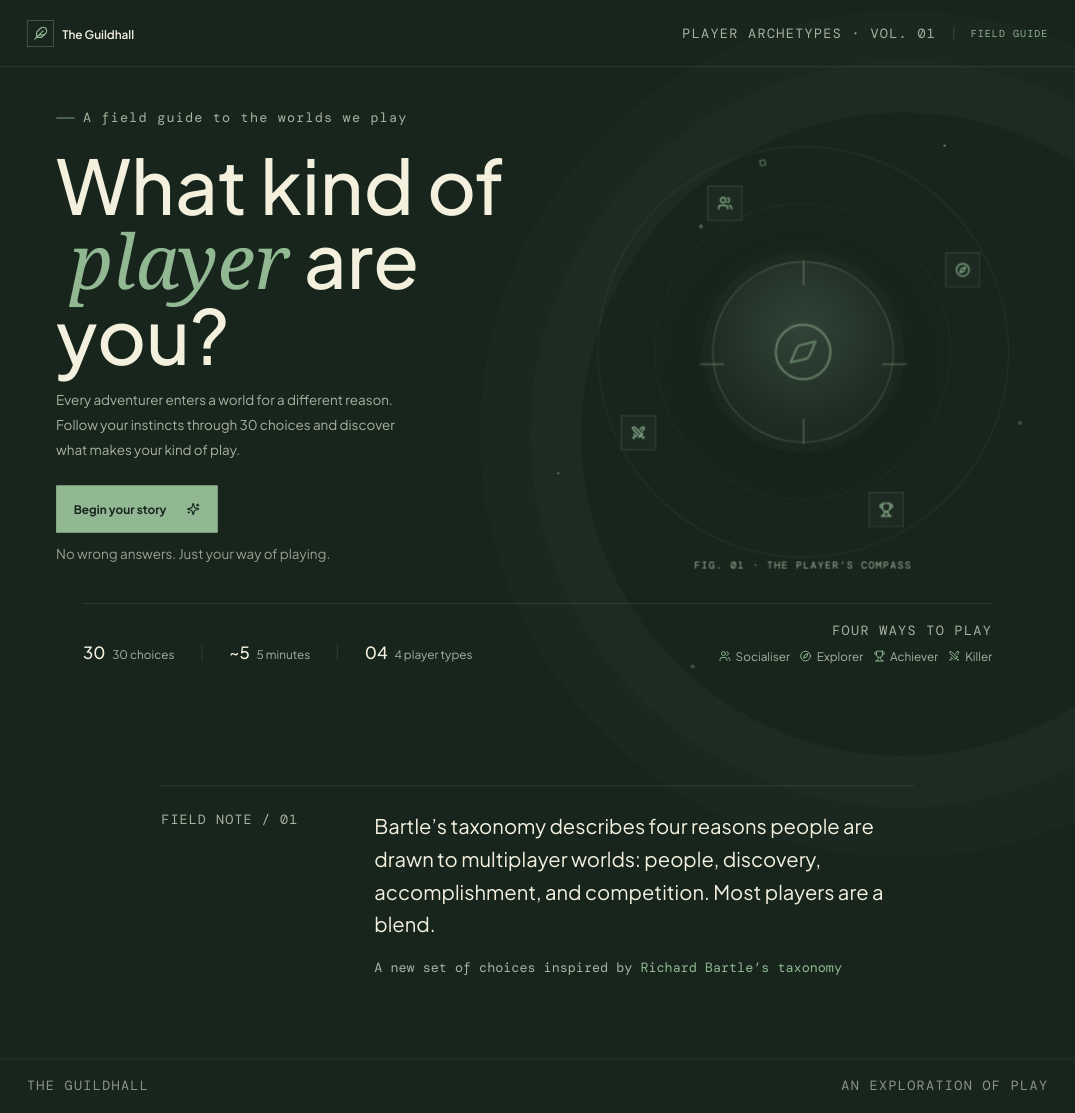
Repository: tiagoturra/bartle
Page: /
An editor plug-in stored every save of this project. The page is shown before and after the next save, followed by the edit.
The browser window is 1280 px wide. The pictures show the whole page, at 84% of full size.
The project was rebuilt for these pictures with package versions that can differ from the ones it lists, and the page was loaded fresh each time. Also part of the build but not shown: vite.config.ts, src/modules/bartle/components/QuestionCard.module.scss, src/modules/bartle/components/QuestionCard.tsx, src/modules/bartle/components/ResultsPanel.module.scss, src/modules/bartle/components/ResultsPanel.tsx.

Above is the page before, as saved 2026-10-30 22:25:04.

After the next save:
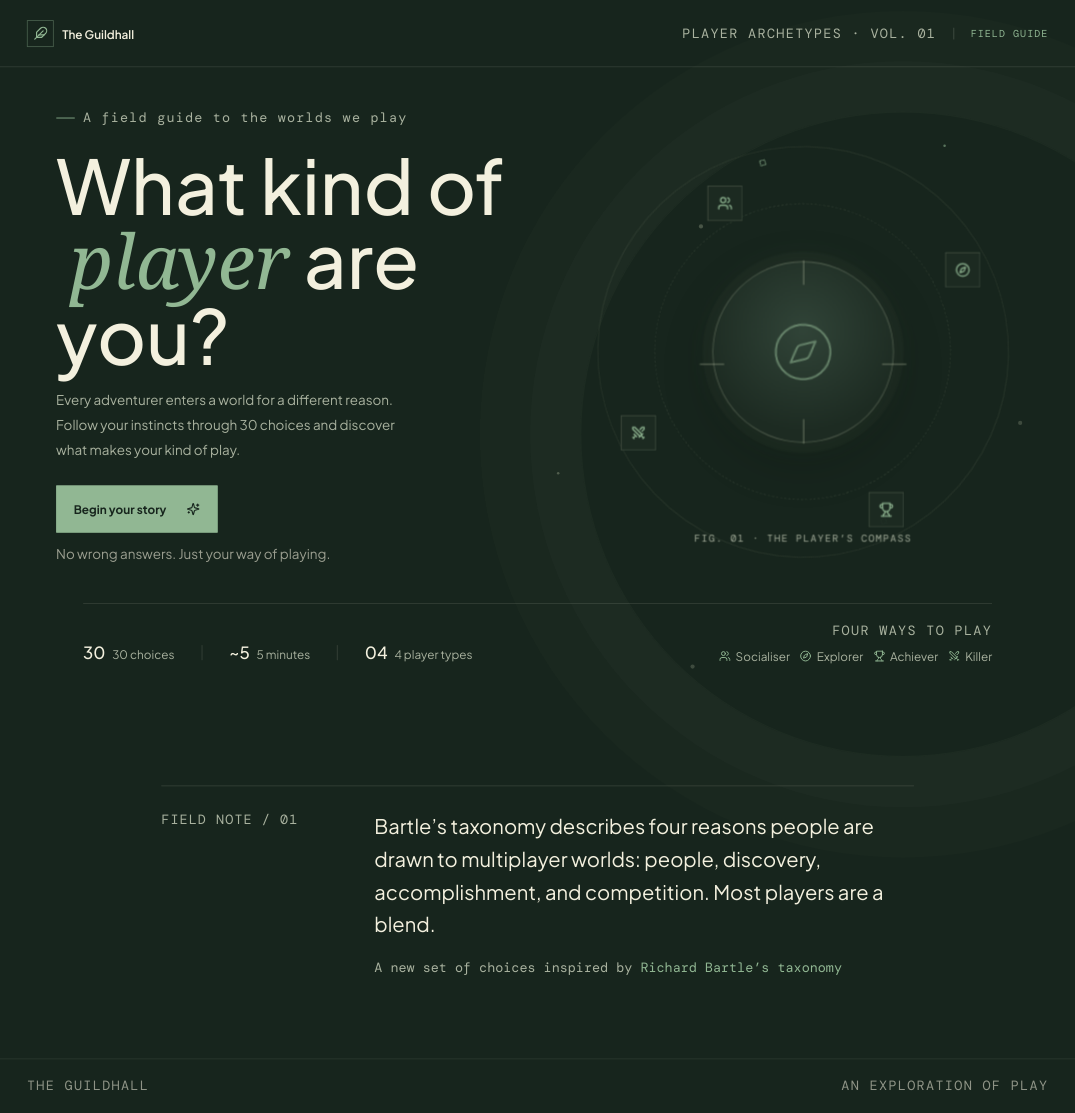
Saved 23 s later.
--- a/src/modules/bartle/pages/BartlePage.tsx
+++ b/src/modules/bartle/pages/BartlePage.tsx
@@ -275,7 +275,7 @@ export function BartlePage() {
               <span className={`${styles.typeMark} ${styles.markExplore}`}><Compass size={18} /></span>
               <span className={`${styles.typeMark} ${styles.markAchieve}`}><Trophy size={18} /></span>
               <span className={`${styles.typeMark} ${styles.markKiller}`}><Swords size={18} /></span>
-              <span className="absolute bottom-[3%] font-mono text-xs tracking-[0.12em] text-muted md:bottom-[4%]">{t('intro.artCaption')}</span>
+              <span className="absolute bottom-[3%] font-mono text-xs tracking-[0.12em] text-muted md:bottom-[4%] my-8">{t('intro.artCaption')}</span>
             </div>
 
             <div className="col-span-full mx-0 mt-2 grid grid-cols-1 items-end gap-6 border-t border-cream/10 pt-5 md:mx-[5.5%] md:grid-cols-[1fr_auto] md:gap-5">

After the save that followed:
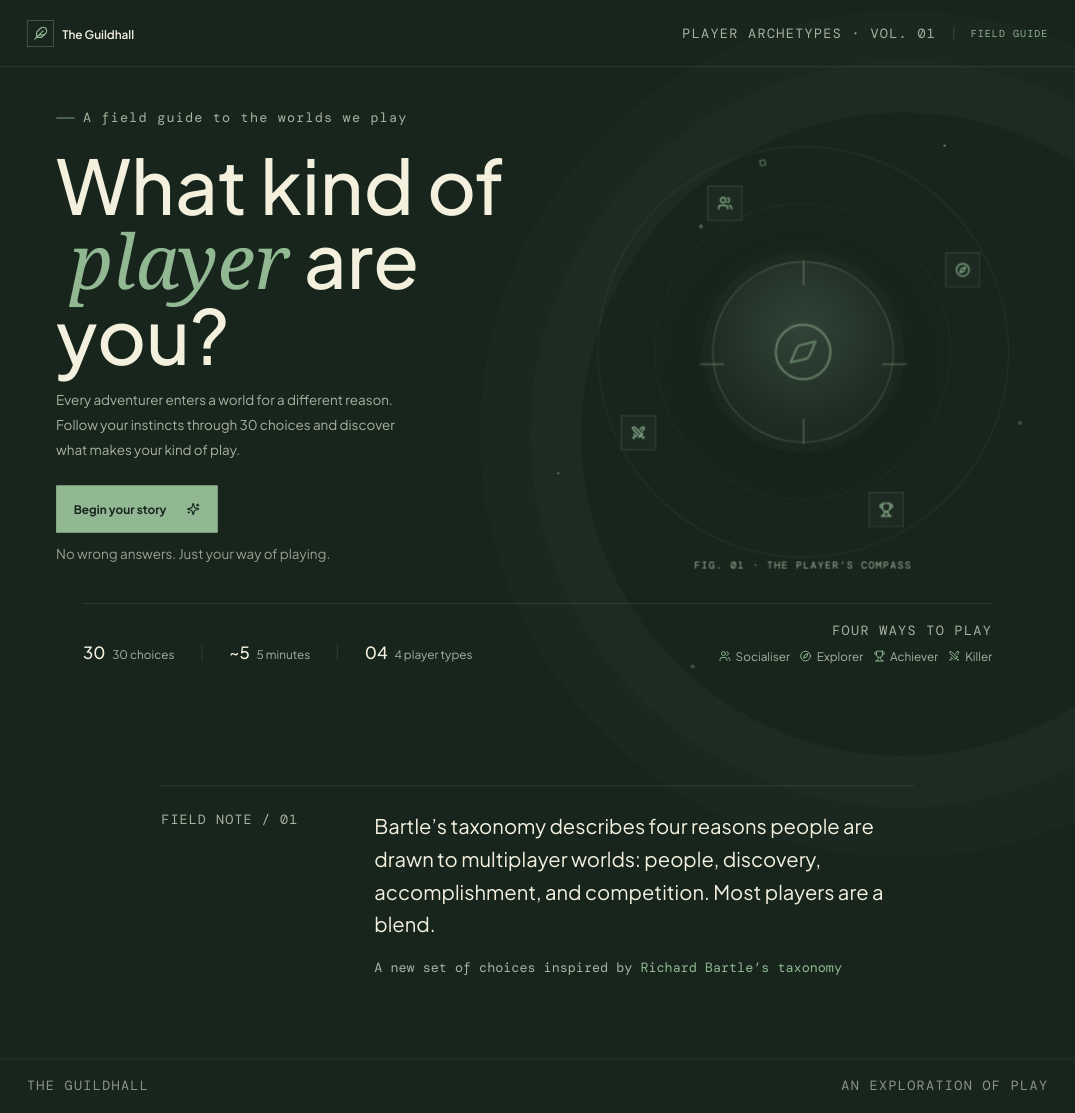
Saved 27 s later.
--- a/src/modules/bartle/pages/BartlePage.tsx
+++ b/src/modules/bartle/pages/BartlePage.tsx
@@ -275,7 +275,7 @@ export function BartlePage() {
               <span className={`${styles.typeMark} ${styles.markExplore}`}><Compass size={18} /></span>
               <span className={`${styles.typeMark} ${styles.markAchieve}`}><Trophy size={18} /></span>
               <span className={`${styles.typeMark} ${styles.markKiller}`}><Swords size={18} /></span>
-              <span className="absolute bottom-[3%] font-mono text-xs tracking-[0.12em] text-muted md:bottom-[4%] my-8">{t('intro.artCaption')}</span>
+              <span className="absolute bottom-[3%] font-mono text-xs tracking-[0.12em] text-muted md:bottom-[4%] mt-8">{t('intro.artCaption')}</span>
             </div>
 
             <div className="col-span-full mx-0 mt-2 grid grid-cols-1 items-end gap-6 border-t border-cream/10 pt-5 md:mx-[5.5%] md:grid-cols-[1fr_auto] md:gap-5">
